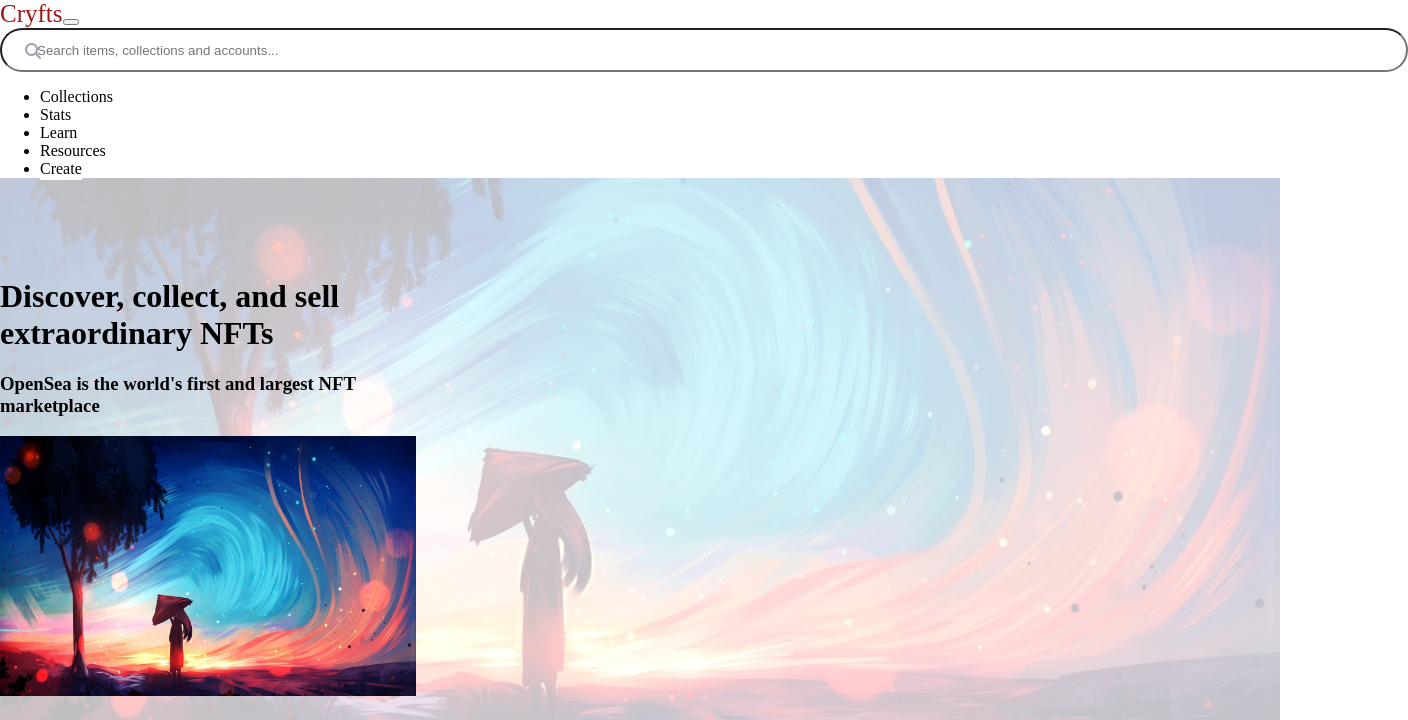
Repository: Huzaifa-2609/opensea_project
Page: /
An editor plug-in stored every save of this project. The page is shown before and after the next save, followed by the edit.
The browser window is 1280 px wide. The page is 1408 px wide, so the pictures cover 1408 px, including what lies to the right of the window. The pictures show the whole page.
Some web libraries are served in a nearby version. The project was rebuilt for these pictures with package versions that can differ from the ones it lists, and the page was loaded fresh each time. The framework's server and built-in components were replaced by stand-ins that run in the browser. Also part of the build but not shown: next.config.js, styles/Home.module.css.

Above is the page before, as saved 2022-07-09 18:05:27.

### pages/_app.js
import Navbar from '../components/Navbar'
import '../styles/globals.css'
import Head from "next/head"
import Script from 'next/script'
import "../styles/hero.css"
function MyApp({ Component, pageProps }) {
  return(
    <>
    <Script src="https://kit.fontawesome.com/30bda3e318.js" crossorigin="anonymous"></Script>
    <Script src="https://cdn.jsdelivr.net/npm/bootstrap@5.2.0-beta1/dist/js/bootstrap.bundle.min.js" integrity="sha384-pprn3073KE6tl6bjs2QrFaJGz5/SUsLqktiwsUTF55Jfv3qYSDhgCecCxMW52nD2" crossOrigin="anonymous"></Script>
    <Navbar title={"Cryfts"}/>
  <Component {...pageProps} />
  </>
  )
}

export default MyApp

### pages/_document.js
import { Html, Head, Main, NextScript } from 'next/document'

export default function Document() {
  return (
    <Html>
      <Head>
      <link href="https://cdn.jsdelivr.net/npm/bootstrap@5.2.0-beta1/dist/css/bootstrap.min.css" rel="stylesheet" integrity="sha384-0evHe/X+R7YkIZDRvuzKMRqM+OrBnVFBL6DOitfPri4tjfHxaWutUpFmBp4vmVor" crossOrigin="anonymous"/>
      </Head>
      <body>
        <Main />
        <NextScript />
      </body>
    </Html>
  )
}

### pages/index.js
import Head from 'next/head'
import Image from 'next/image'
import Hero from '../components/Hero'
import styles from '../styles/Home.module.css'

export default function Home() {
  return (
    <>
    <div>
      <Head>
        <title>Create Next App</title>
        <meta name="description" content="Generated by create next app" />
        <link rel="icon" href="/favicon.ico" />
      </Head>
         </div>
      <Hero/>
      </>
  )
}

### components/Navbar.js
import React from 'react'
import Link from 'next/link'
import { useRouter } from 'next/router'
const Navbar = (props) => {
  const location=useRouter();
  return (
    <div>
      <nav className="navbar shadow-sm fixed-top navbar-expand-lg navbar-light">
  <div className="container-fluid">
    <a className="navbar-brand text-color fw-bolder ml-2" href="/">{props.title}</a>
    <button className="navbar-toggler" type="button" data-bs-toggle="collapse" data-bs-target="#navbarSupportedContent" aria-controls="navbarSupportedContent" aria-expanded="false" aria-label="Toggle navigation">
      <span className="navbar-toggler-icon"></span>
    </button>

    <div className="collapse navbar-collapse" style={{width:"50%"}} id="navbarSupportedContent">

            <div className="row height d-flex justify-content-center align-items-center">

                <div className="form">
                  <i className="fa fa-search"></i>
                  <input type="text" className="form-control form-input" placeholder="Search items, collections and accounts..."/>
                </div>

            </div>


      <ul className="navbar-nav gap-4 m-auto mb-2 mb-lg-0 fw-bold" style={location.pathname==="/signup"?{visibility:"hidden"}:{}}>
      <li className="nav-item">
          <Link href="/collections/0x7132e1d414161A232c2027aE6C66D7914649bA66"><a className="nav-link " aria-current="page" >Collections</a></Link>
        </li>
        <li className="nav-item">
          <Link href="/"><a className="nav-link" aria-current="page" >Stats</a></Link>
        </li>
        <li className="nav-item">
          <Link href="/"><a className="nav-link " >Learn</a></Link>
        </li>

        <li className="nav-item dropdown">
          <Link href="/"><a className="nav-link dropdown-toggle pe-none"  id="navbarDropdown" role="button" data-bs-toggle="dropdown" aria-expanded="false">
            Resources
          </a></Link>
          <ul className="dropdown-menu" aria-labelledby="navbarDropdown">
            <li><Link href="/"><a className="dropdown-item" >Action</a></Link></li>
            <li><Link href="/"><a className="dropdown-item" >Another action</a></Link></li>
            <li><hr className="dropdown-divider"/></li>
            <li><Link href="/"><a className="dropdown-item" >Something else here</a></Link></li>
          </ul>
        </li>
        <li className="nav-item">
          <Link  href="/"><a className="nav-link">Create</a></Link>
        </li>
      </ul >
      {/* <form className="d-flex" role="search">
        <ul className="navbar-nav gap-3 media" style={location.pathname==="/signup"?{display:"none"}:{}}>
      <li className="nav-item float-right">
          <Link href="/login"><a className="nav-link"  >Sign in</a></Link>
    </li>
      <li className="nav-item mx-2">
    <Link href='/signup'><a className="btn btn1 btn-primary bd-color bg-color"  style={location.pathname==="/signup"?{display:"none"}:{}} type="submit">Get Started</a></Link>
    </li>
        </ul>
      </form> */}
    </div>
  </div>
</nav>
    </div>
  )
}

export default Navbar

### styles/globals.css
:root {
  --light: #9f1313;
  --dark: #8d1212;
}
html,
body {
  padding: 0;
  margin: 0;
  /* font-family: -apple-system, BlinkMacSystemFont, Segoe UI, Roboto, Oxygen,
    Ubuntu, Cantarell, Fira Sans, Droid Sans, Helvetica Neue, sans-serif; */
}

a {
  color: inherit;
  text-decoration: none;
}

* {
  box-sizing: border-box;
}
@media all and (min-width: 992px) {
  .navbar .nav-item .dropdown-menu{ display: none; }
  .navbar .nav-item .nav-link{ border-bottom:3px solid white;  }
  .navbar .nav-item:hover .nav-link{ border-bottom:3px solid var(--light);  }
  .navbar .nav-item:hover .dropdown-menu{ display: block; }
  .navbar .nav-item .dropdown-menu{ margin-top:0; }


}
@media all and (max-width: 992px){
  .pic{display: none;}
  .signup-cls{   margin-top: 15% !important;}
  .signin-cls .card{border:none; box-shadow: none !important;}
  .media{display: none;}
  .empass{flex-direction: column ;}
}

nav {
  /* border-bottom:1px solid #ede4e4; */
  background-color: white;
}
.comp1{
  width: 22rem;
  border: none;

}
.comp{
  margin: 90px 0px;
}
.text-color{
  color: var(--dark);
}
.bg-color{
  background-color: var(--dark);
}
.btn1:hover{
  background-color: var(--light);
  border-color: var(--dark);

}
.bd-color{
  border-color: var(--dark);
}
.navbar-light .navbar-brand{
  color: var(--dark);
}
.navbar-light .navbar-brand:hover{
  color: var(--light);
}
.navbar-brand{
  font-size: 25px;
}
.link-hover :hover{
  color: var(--dark);
}
.form-check-label-color{
  color: var(--dark);
}
.form-outline{
  width: 75%!important;
}
.form-control:focus {
  border-color: #ced4da;
  box-shadow: none!important;
}

/* Navbar search css */
.form{
  position: relative;

}

.form .fa-search{

  position: absolute;
  top:15px;
  left: 25px;
  color: #9ca3af;

}

.form span{

  position: absolute;
  right: 17px;
  top: 13px;
  padding: 2px;
  border-left: 1px solid #d1d5db;

}

.left-pan{
  padding-left: 7px;
}

.left-pan i{

 padding-left: 10px;
}

.form-input{
  width: 220%;
  height: 44px;
  text-indent: 33px;
  border-radius: 40px;
}

.form-input:focus{

  box-shadow: none;
  border:none;
}

### styles/hero.css
/* .body{
} */
/* .bg{
    background: url("../public/nftbg.jpg") no-repeat center center/cover;
} */
.bg::before{
    content: "";
    background:url("../public/nftbg.jpg") no-repeat center center/cover;
    position: absolute;
    height:100%;
    width:100%;
    z-index: -1;
    opacity: 0.25;
    top: 0px;
    left: 0px;
}

### components/Hero.js
import React from "react";
import Image from "next/image";
import img from "../public/nftbg.jpg";

const Hero = () => {
  const style = {
    background: img,
    marginTop: "100px",
  };
  return (
    <>
      <div className="container d-flex justify-content-between bg " style={style}>
        <div className="card mb-3 border-0 " style={{ width: "26rem"}}>
          <div className="card-body">
            <h1 className="card-title">Discover, collect, and sell extraordinary NFTs</h1>
            <h3 className="card-subtitle text-muted mt-3">
            OpenSea is the world's first and largest NFT marketplace
            </h3>
          </div>
        </div>
        <div className="card mb-3 border-0 " style={{ width: "26rem"}}>
          <Image src={img} className="card-img-top" alt="..."/>
          {/* <div className="card-body">
            <h1 className="card-title">Discover, collect, and sell extraordinary NFTs</h1>
            <h3 className="card-subtitle text-muted mt-3">
            OpenSea is the world's first and largest NFT marketplace
            </h3>
          </div> */}
        </div>
      </div>
    </>
  );
};

export default Hero;

After the next save:
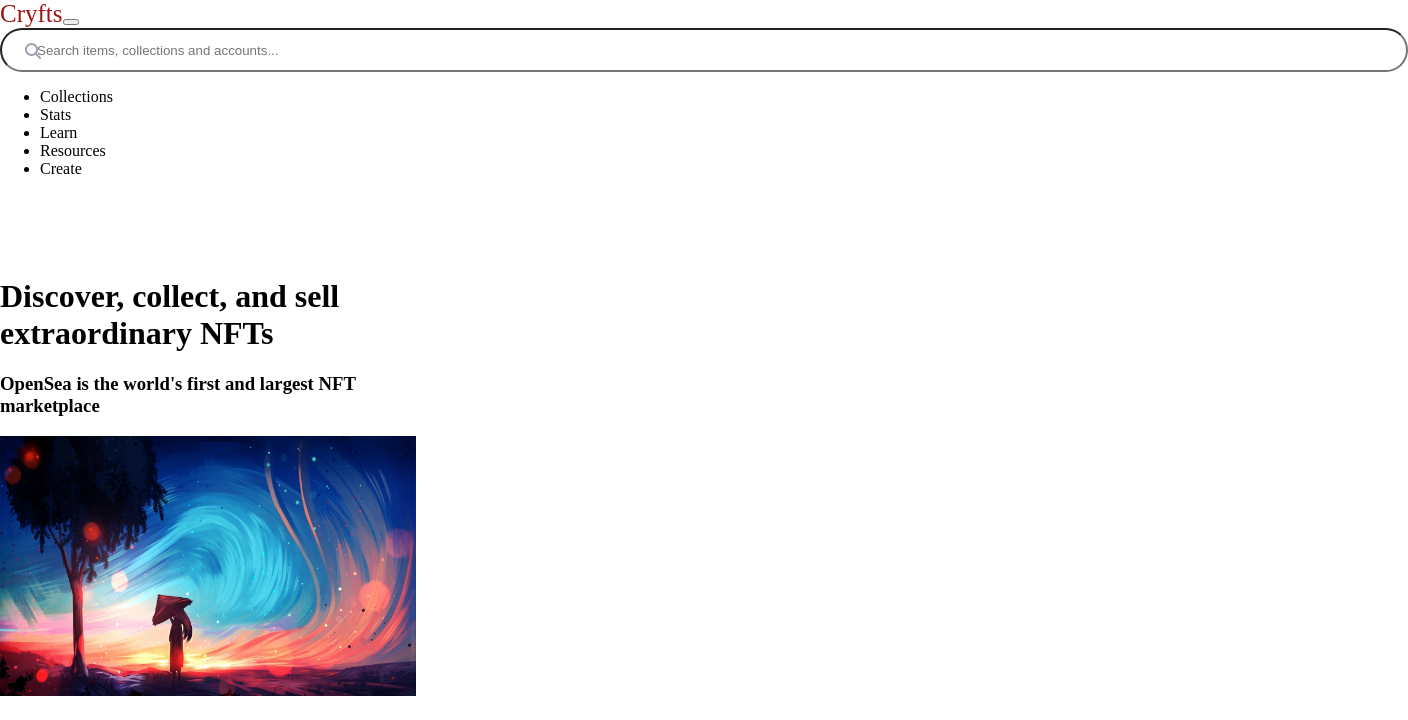
Saved 21 s later.
--- a/components/Hero.js
+++ b/components/Hero.js
@@ -9,7 +9,7 @@
   };
   return (
     <>
-      <div className="container d-flex justify-content-between bg " style={style}>
+      <div className="container d-flex justify-content-between bg-transparent " style={style}>
         <div className="card mb-3 border-0 " style={{ width: "26rem"}}>
           <div className="card-body">
             <h1 className="card-title">Discover, collect, and sell extraordinary NFTs</h1>

After the save that followed:
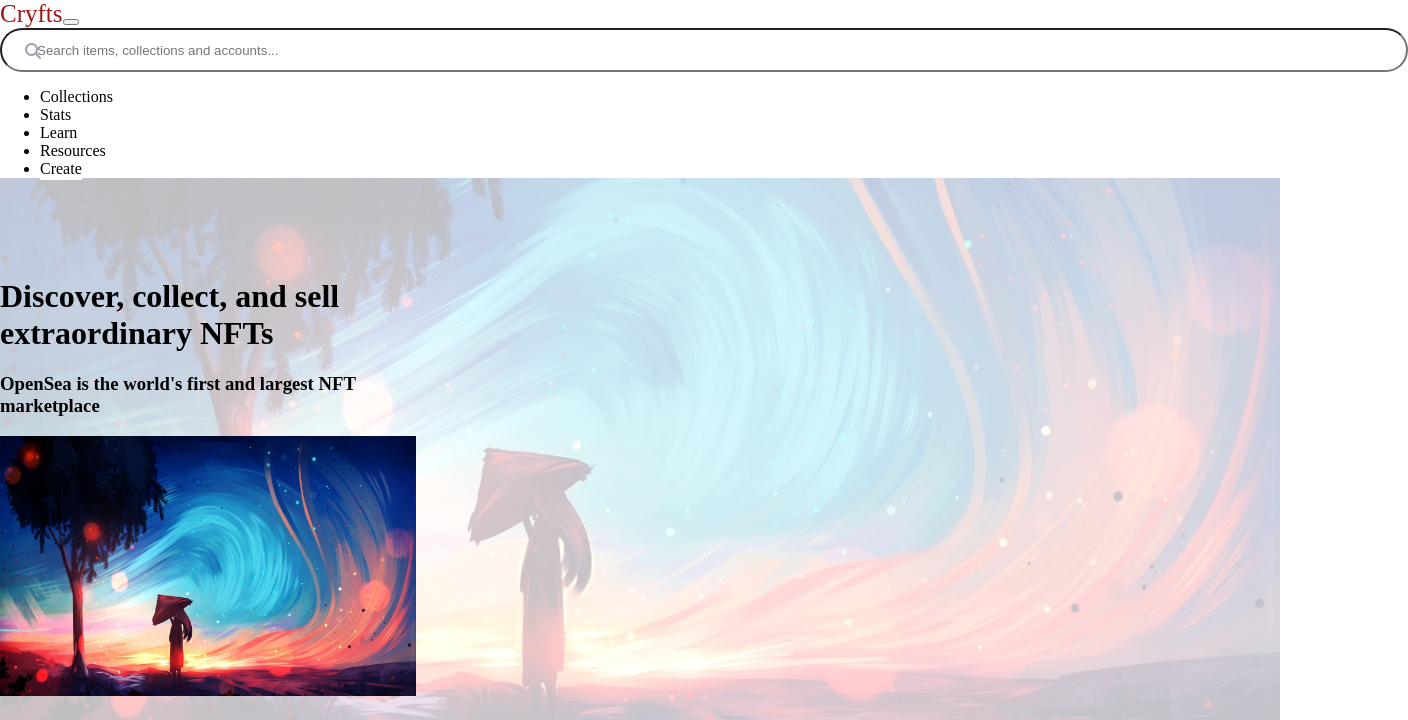
Saved 5 s later.
--- a/components/Hero.js
+++ b/components/Hero.js
@@ -9,7 +9,7 @@
   };
   return (
     <>
-      <div className="container d-flex justify-content-between bg-transparent " style={style}>
+      <div className="container d-flex justify-content-between bg bg-transparent " style={style}>
         <div className="card mb-3 border-0 " style={{ width: "26rem"}}>
           <div className="card-body">
             <h1 className="card-title">Discover, collect, and sell extraordinary NFTs</h1>
